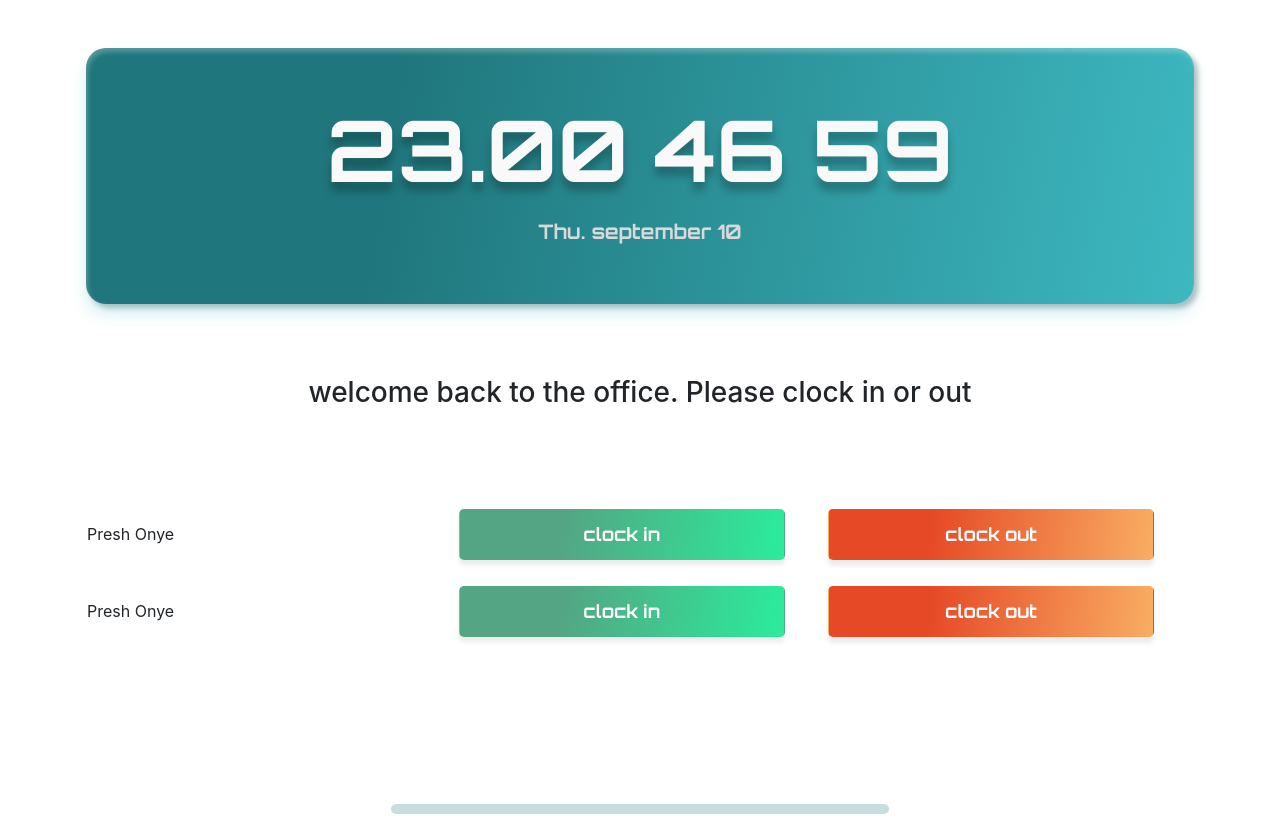
Repository: giprim/clocker
Page: /
These files come from the project's save history. The page is drawn as it stood at one moment and after the next save; the edit follows.
The browser window is 1280 px wide. The pictures show the whole page.
The project was rebuilt for these pictures with package versions that can differ from the ones it lists, and the page was loaded fresh each time.

Above is the page before, as saved 2020-09-11 00:03:09.

### src/App.tsx
import React from 'react';
import './App.css';

function App() {
  const currentTime = () => {
    let date = new Date();

    return `${date
      .getHours()
      .toFixed(2)} ${date.getMinutes()} ${date.getSeconds()}`;
  };

  console.log(currentTime());

  return (
    <div className='container py-4'>
      {/* clock section */}
      <div className='clock-box effect p-2 py-md-5 mt-4'>
        <div className='row'>
          <div className='col-12'>
            <h4 className='display-3 text-center'>
              {currentTime().toString()}
            </h4>
          </div>
          <div className='col-12 text-center mt-2 mb-1'>
            <h6>Thu. september 10</h6>
          </div>
        </div>
      </div>

      {/* welcome  */}
      <p className='text-center my-5 py-4 h3'>
        welcome back to the office. Please clock in or out
      </p>

      <table>
        <thead>
          <tr>
            <th></th>
            <th></th>
            <th></th>
          </tr>
        </thead>
        <tbody>
          <tr>
            <td>Presh Onye</td>
            <td className='row justify-content-evenly'>
              <button className='btn clockin col-5'> clock in</button>
              <button className='btn clockout col-5'> clock out</button>
            </td>
          </tr>
          <tr>
            <td>Presh Onye</td>
            <td className='row justify-content-evenly'>
              <button className='btn clockin col-5'> clock in</button>
              <button className='btn clockout col-5'> clock out</button>
            </td>
          </tr>
        </tbody>
      </table>

      <hr />
    </div>
  );
}

export default App;

### src/App.css
@import url('https://fonts.googleapis.com/css2?family=Orbitron:wght@400;500;600;700;800;900&family=Work+Sans:ital,wght@0,100;0,200;0,400;0,600;0,700;1,500&display=swap');

.clock-box {
  background: linear-gradient(99.35deg, #1f767c 26.99%, #42c1ca 110.13%);
  box-shadow: 0px 10px 15px rgba(66, 193, 202, 0.23),
    4px 4px 5px rgba(0, 0, 0, 0.25), inset 2px 4px 5px rgba(255, 255, 255, 0.25);
  border-radius: 20px;
  position: relative;
  z-index: 10;
}

.clock-box h4 {
  font-family: Orbitron;
  font-style: normal;
  font-weight: bold;
  font-size: 85px;
  line-height: 107px;
  /* identical to box height */

  color: #f9f9f9;

  text-shadow: 0px 9px 9px rgba(0, 0, 0, 0.25);
}

.clock-box h6 {
  font-family: Orbitron;
  font-style: normal;
  font-weight: bold;
  font-size: 20px;
  line-height: 25px;
  /* identical to box height */

  color: #d9d9d9;
}

.clockout,
.clockin {
  font-family: Orbitron;
  font-style: normal;
  font-weight: bold;
  font-size: 18px;
  line-height: 23px;
  /* identical to box height */
  padding-top: 13px;
  padding-bottom: 13px;
  color: #ffffff;
  transition: ease-in 0.13s;
}

/* table.table {
  border: none;
} */

.clockin:hover,
.clockout:hover {
  color: white;
  transform: translateY(-5px);
}

.clockin {
  background: linear-gradient(97.12deg, #54a583 31.21%, #21fca1 115.81%);
  box-shadow: 0px 5px 4px rgba(128, 128, 128, 0.15);
  border-radius: 5px;
}

.clockout {
  background: linear-gradient(
    97.12deg,
    #e64926 31.21%,
    rgba(252, 176, 63, 0.74) 115.81%
  );
  box-shadow: 0px 6px 4px rgba(128, 128, 128, 0.15);
  border-radius: 5px;
}

table {
  width: 100%;
}

table tr td {
  padding-top: 25px;
}

hr {
  border-radius: 15px;
  margin: 0% auto;
  margin-top: 15%;
  width: 45%;
  padding: 5px;
  background: #20777c;
}

Loaded but not shown: public/index.html (common file); src/index.tsx (common file); src/index.css (common file); src/serviceWorker.ts (common file)

After the next save:
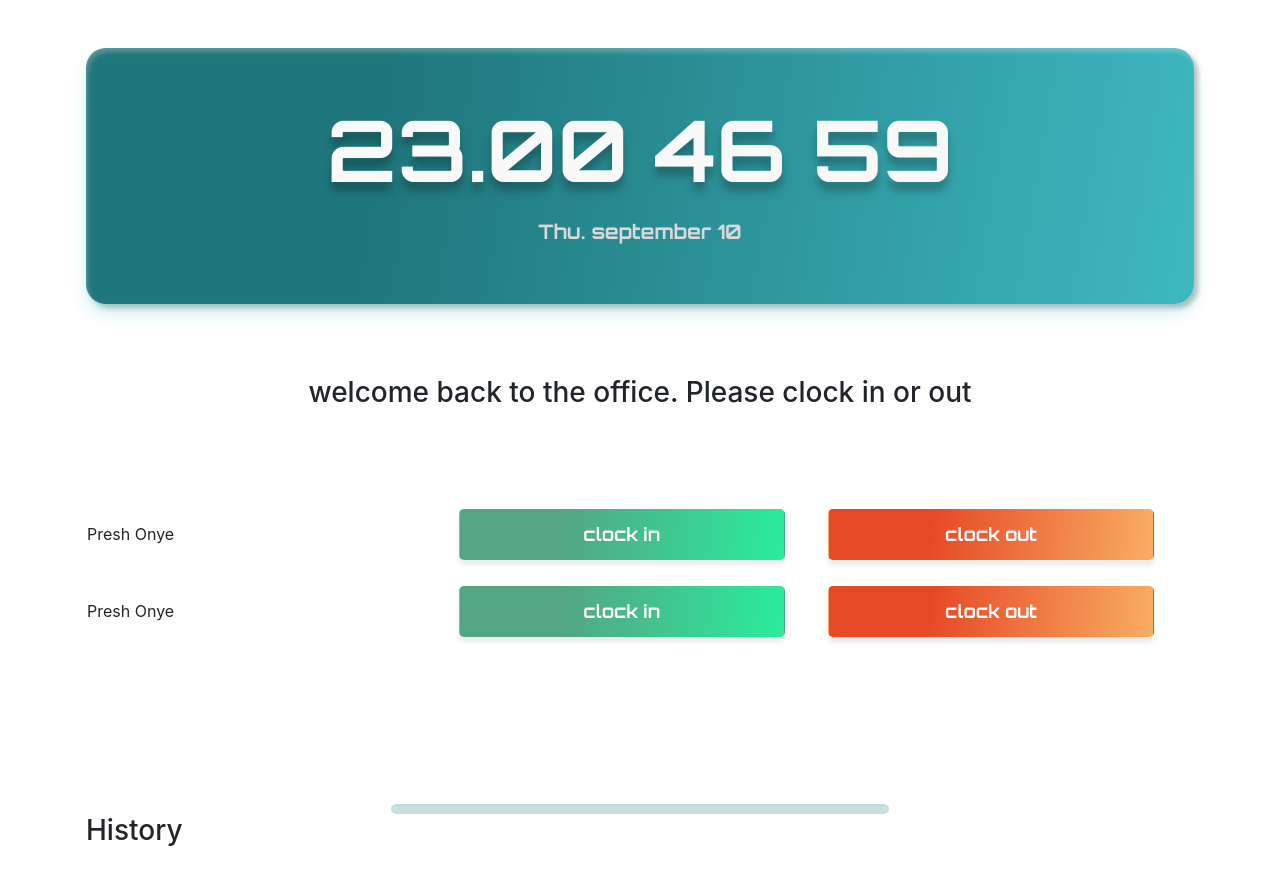
Saved 27 s later.
--- a/src/App.tsx
+++ b/src/App.tsx
@@ -60,6 +60,7 @@ function App() {
       </table>
 
       <hr />
+      <h3 className=''>History</h3>
     </div>
   );
 }
